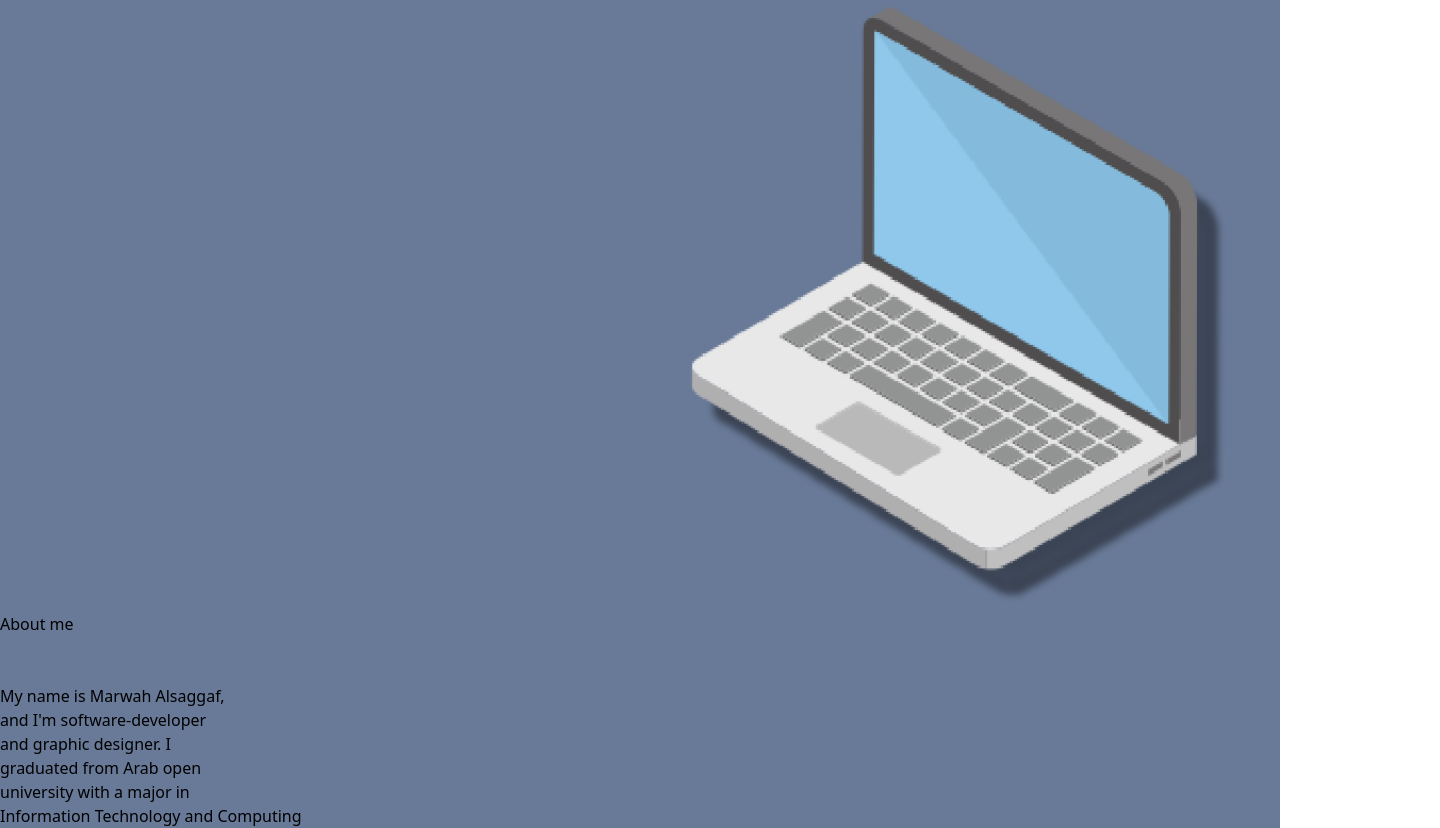
Repository: MEROO1010/my_portfolio
Page: /components/AboutMe
These files come from the project's save history. The page is drawn as it stood at one moment and after the next save; the edit follows.
The browser window is 1280 px wide. The page is 1440 px wide, then 1280 px, so the pictures cover 1440 px, including what lies to the right of the window. The pictures show the whole page.
The project was rebuilt for these pictures with package versions that can differ from the ones it lists, and the page was loaded fresh each time. The framework's server and built-in components were replaced by stand-ins that run in the browser. Also part of the build but not shown: next.config.js.

Above is the page before, as saved 2023-03-10 02:12:26.

### pages/_app.tsx
import '../styles/globals.css'
import type { AppProps } from 'next/app'
import 'tailwindcss/tailwind.css'


function MyApp({ Component, pageProps }: AppProps) {
  return <Component {...pageProps} />
}

export default MyApp

### pages/components/AboutMe.tsx
import React from 'react'
import Image from 'next/image'


const AboutMe = () => {
  return (
    <div className="bg-[#697A98]  ">

        <div className=" relative px-44 mx-40 left-80">
        <Image src="/assets/images/laptop-screen.png" alt="laptop" width={4000} height={10}/>
        </div>


        <div>
            <h1>About me</h1>
            <br/><br/>
            <p>
            My name is Marwah Alsaggaf,<br/> and I'm software-developer <br/>
            and graphic designer. I <br/>
            graduated from Arab open <br/> university with a major in
             <br/> Information Technology and Computing
            </p>
        </div>

    </div>
  )
}

export default AboutMe

### styles/globals.css
@tailwind base;
@tailwind components;
@tailwind utilities;
@import url('https://fonts.googleapis.com/css2?family=Raleway:ital,wght@0,400;0,500;0,600;0,700;1,500;1,600&display=swap')

### tailwind.config.js
/** @type {import('tailwindcss').Config} */
module.exports = {
   purge: ['./pages/**/*.{js,ts,jsx,tsx}', './components/**/*.{js,ts,jsx,tsx}'],
  content: [
    './pages/**/*.{js,ts,jsx,tsx}',
    './components/**/*.{js,ts,jsx,tsx}',
    './app/**/*.{js,ts,jsx,tsx}',
  ],
  theme: {
    extend:
    {
      fontFamily: {
        'raleway': ['Raleway', 'sans-serif']
      },
    },
  },
  plugins: [],
}

After the next save:
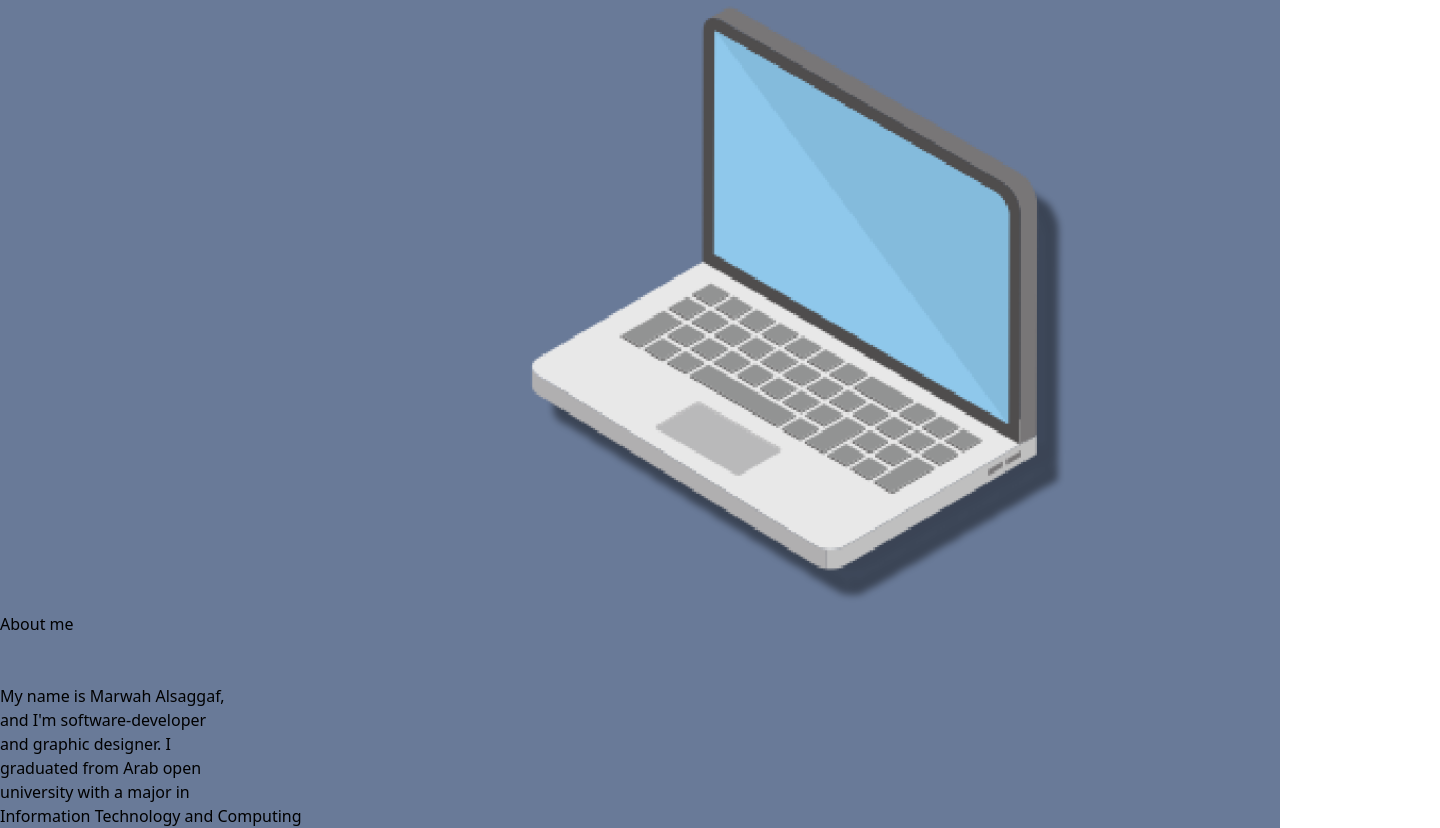
Saved 4 s later.
--- a/pages/components/AboutMe.tsx
+++ b/pages/components/AboutMe.tsx
@@ -6,7 +6,7 @@ const AboutMe = () => {
   return (
     <div className="bg-[#697A98]  ">
 
-        <div className=" relative px-44 mx-40 left-80">
+        <div className=" relative px-44 mx-40 left-40">
         <Image src="/assets/images/laptop-screen.png" alt="laptop" width={4000} height={10}/>
         </div>
 
